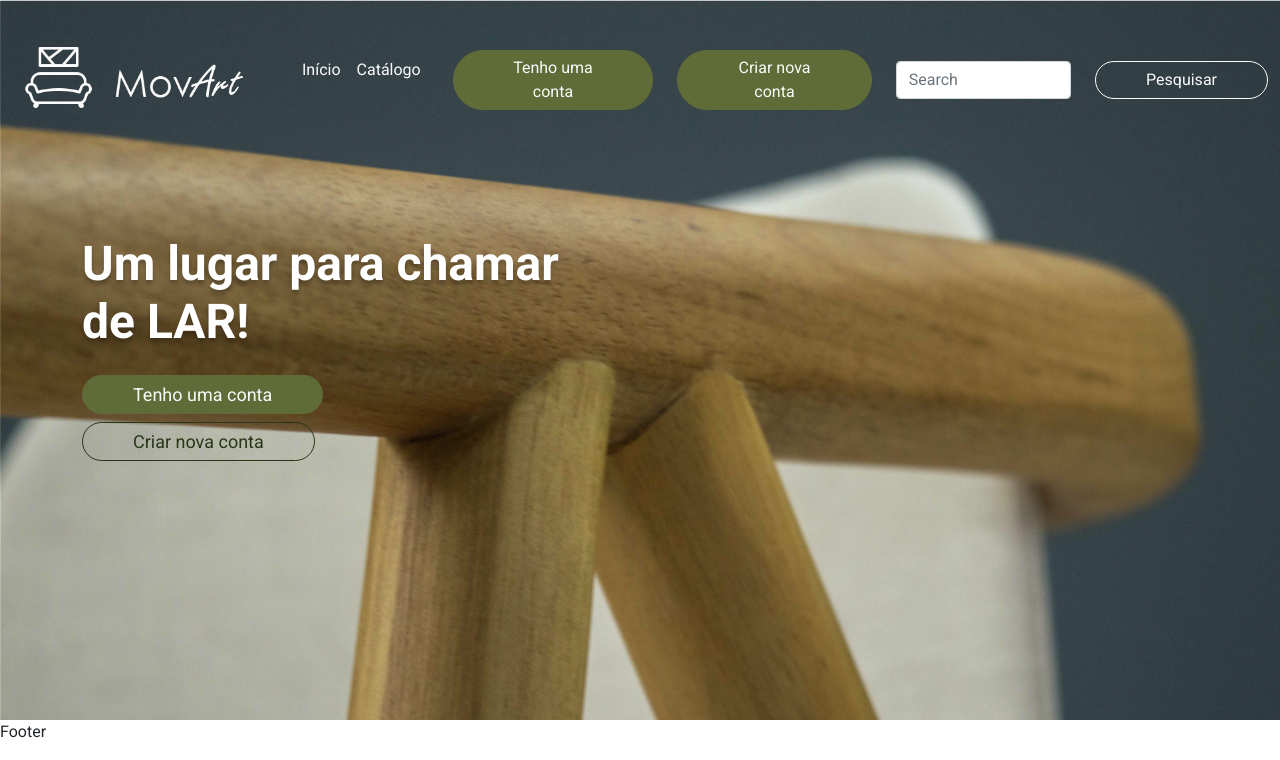
Repository: telesbp/Projeto-4-e-Projeto-5
Page: / (app in front-end/)
The author's editor kept a copy of each file at every save. The page is drawn from the files as they stood at one save, then again after the next save.
The browser window is 1280 px wide. The pictures show the whole page.
The project was rebuilt for these pictures with package versions that can differ from the ones it lists, and the page was loaded fresh each time.

Above is the page before, as saved 2022-07-17 19:32:06.

### front-end/public/index.html
<!DOCTYPE html>
<html lang="pt-BR">
  <head>
    <meta charset="utf-8" />
    <link rel="icon" href="%PUBLIC_URL%/favicon.ico" />
    <meta name="viewport" content="width=device-width, initial-scale=1" />
    <meta name="theme-color" content="#000000" />
    <meta
      name="description"
      content="Seu negócio automatizado!"
    />
    <link rel="apple-touch-icon" href="%PUBLIC_URL%/logo192.png" />
    <!--
      manifest.json provides metadata used when your web app is installed on a
      user's mobile device or desktop. See https://developers.google.com/web/fundamentals/web-app-manifest/
    -->
    <link rel="manifest" href="%PUBLIC_URL%/manifest.json" />
    <!--
      Notice the use of %PUBLIC_URL% in the tags above.
      It will be replaced with the URL of the `public` folder during the build.
      Only files inside the `public` folder can be referenced from the HTML.

      Unlike "/favicon.ico" or "favicon.ico", "%PUBLIC_URL%/favicon.ico" will
      work correctly both with client-side routing and a non-root public URL.
      Learn how to configure a non-root public URL by running `npm run build`.
    -->
    <title>Stagio</title>

    <link rel="preconnect" href="https://fonts.googleapis.com">
    <link rel="preconnect" href="https://fonts.gstatic.com" crossorigin>
    <link href="https://fonts.googleapis.com/css2?family=Roboto:wght@400;700&display=swap" rel="stylesheet">
  </head>
  <body>
    <noscript>You need to enable JavaScript to run this app.</noscript>
    <div id="root"></div>
    <!--
      This HTML file is a template.
      If you open it directly in the browser, you will see an empty page.

      You can add webfonts, meta tags, or analytics to this file.
      The build step will place the bundled scripts into the <body> tag.

      To begin the development, run `npm start` or `yarn start`.
      To create a production bundle, use `npm run build` or `yarn build`.
    -->
  </body>
</html>

### front-end/src/index.tsx
import React from 'react';
import ReactDOM from 'react-dom/client';
import App from './App';
import 'bootstrap/dist/css/bootstrap.min.css';
import { BrowserRouter } from 'react-router-dom';
import 'react-toastify/dist/ReactToastify.css';
import { ToastContainer } from 'react-toastify';
import { GlobalStyle } from './assets/css/global';

const root = ReactDOM.createRoot(
  document.getElementById('root') as HTMLElement
);
root.render(
  <React.StrictMode>
    <BrowserRouter>
    <GlobalStyle/>
      <App />
      <ToastContainer/>
    </BrowserRouter>
  </React.StrictMode>
);

### front-end/src/App.tsx
import { HomeView } from "./views/Home";

function App() {
  return (
    <HomeView/>
  );
}

export default App;

### front-end/src/assets/css/global.ts
import { createGlobalStyle } from "styled-components";

export const GlobalStyle = createGlobalStyle`
    body{
       font-family: 'Roboto', sans-serif;
    }
`

### front-end/src/views/Home/index.tsx
import { Container } from "react-bootstrap";
import styled from "styled-components";
import bgSite from "../../assets/img/cadeira1.png"
import { CustomButton } from "../../components/CustomButton";
import { Layout } from "../../components/Layout";

export function HomeView(){
    return(
        <Layout>
            <Banner className="vh-100">
                <Container className="h-100 d-flex flex-column justify-content-center align-items-center align-items-lg-start">
                    <Title className="text-center text-white text-lg-start mt-auto mt-lg-0 ">Um lugar para chamar de LAR!</Title>
                    <CustomButton size="lg" to="login" variant="primary" className="mt-auto mt-lg-3 mb-2">Tenho uma conta</CustomButton>
                    <CustomButton size="lg" to="cadastro" variant="outline-primary" className="mb-4">Criar nova conta</CustomButton>
                </Container>
            </Banner>
        </Layout>
    )
}

const Banner = styled.div`
    background: url(${bgSite}) no-repeat center center;
    background-size: cover;
`
const Title = styled.h1`
    font-size: 2.25rem;
    font-weight: bold;
    text-shadow: 0 4px 4px rgba(0, 0, 0, 0.25);
    @media (min-width: 992px){
        font-size: 3rem;
        max-width: 500px;
    }
`

### front-end/src/components/CustomButton/index.tsx
import { Button, ButtonProps, Spinner } from "react-bootstrap";
import { LinkContainer } from "react-router-bootstrap";
import styled from "styled-components";

type Props = ButtonProps & {
    loading?: boolean
    to?: string
}

export function CustomButton({children, loading, to, ...otherProps}: Props) {
    const button = (
        <ButtonStyled {...otherProps}>
            {loading && (
                <Spinner animation="border" role="status" size="sm" className="me-2">
                    <span className="visually-hidden">Carregando...</span>
                </Spinner>
            )}
            {children}
        </ButtonStyled>
    )
    if (to){
        return(
            <LinkContainer to={to}>
                {button}
            </LinkContainer>
        )
    }
    return button
}
const ButtonStyled = styled(Button)`
    border-radius: 50px;
    font-weight: 500;
    padding:5px 50px 5px 50px;
    ${props => props.size ==='lg' && `
        font-size: 1.125rem;
    `}
    ${props => (props.variant === "primary" || !props.variant) && `
        background-color: #606c38;
        border-color: #606c38;
        color: #fafafa!important;
        &:hover {
            background-color: #283618;
            border-color: #283618;
        }
    `}
    ${props => (props.variant === "outline-primary" || !props.variant) && `
        border-color: #283618;
        color: #283618;
        &:hover {
            background-color: #283618;
            border-color: #283618;
            color: #fafafa;
        }
    `}
    ${props => (props.variant === "outline-secundary" || !props.variant) && `
        border-color: #fafafa;
        color: #fafafa;
        &:hover {
            background-color: #283618;
            border-color: #283618;
            color: #fafafa;
        }
    `}
`

### front-end/src/components/Layout/index.tsx
import { Header } from "./Header"

type Props = {
    children: React.ReactNode
}
export const Layout: React.FC<Props> = ({children}) => {
    return (
        <>
            <Header/>
            {children}
            <p>Footer</p>
        </>
    )
}

### front-end/src/components/Layout/Header.tsx
import { faBarsStaggered } from "@fortawesome/free-solid-svg-icons";
import { FontAwesomeIcon } from "@fortawesome/react-fontawesome";
import { useEffect, useState } from "react";
import { Container, Form, Nav, Navbar } from "react-bootstrap";
import { Link } from "react-router-dom";
import styled from "styled-components";
import LogoBrand from "../../assets/img/logobranca.png"
import LogoBrandBlack from "../../assets/img/logopreta.png"
import { CustomButton } from "../CustomButton";

export function Header() {
    const [isTransparent, setIsTransparent] = useState(false)
    useEffect(() => {
        const scrollChange = () => {
            const isLowScroll = window.screenY < 60
            if (isLowScroll !== isTransparent){
            setIsTransparent(isLowScroll)
        }
        }
        window.addEventListener("scroll", scrollChange)
        return () => {
            window.removeEventListener("scroll", scrollChange)
        }
    },[isTransparent])
    return(
        <Navbar fixed="top" expand="lg" bg={isTransparent ? undefined : "white"} >
        <Container fluid>
          <Navbar.Brand to="/" as={Link}>
            <ImageStyle src={isTransparent ? LogoBrand : LogoBrandBlack} alt="MovArt" width={170} height={80}/>
          </Navbar.Brand>
          <NavBarToggleStyled aria-controls="basic-navbar-nav">
            <FontAwesomeIcon icon={faBarsStaggered}  className={isTransparent ? "text-white" : "text-dark"} size="lg" />
            </NavBarToggleStyled>
        <NavBarCollapseStyled id="basic-navbar-nav">
          <Nav className="ms-auto">
            <NavLinkStyled forwardedAs={Link} to="/" className="justify-contend-center text-center">Início</NavLinkStyled>
            <NavLinkStyled forwardedAs={Link} to="/catálogo" className="justify-contend-center text-center">Catálogo</NavLinkStyled>
            <CustomButton className="mt-2 mt-lg-0 ms-lg-4" variant="primary">Tenho uma conta</CustomButton>
            <CustomButton className="mt-2 mt-lg-0 ms-lg-4" variant="primary">Criar nova conta</CustomButton>
        </Nav>
            <Form className="d-flex">
              <Form.Control
                type="search"
                placeholder="Search"
                className="mt-2 mt-lg-0 ms-lg-4"
                aria-label="Search"
              />
              <CustomButton variant={isTransparent ? "outline-secundary" : "outline-primary" } className="mt-2 mt-lg-0 ms-lg-4">Pesquisar</CustomButton>
            </Form>
          </NavBarCollapseStyled>
        </Container>
      </Navbar>
    )
}
const NavBarToggleStyled = styled(Navbar.Toggle)`
    border:none;
`

const NavBarCollapseStyled = styled(Navbar.Collapse)`
   @media (max-width: 991px) {
   background-color:#fafafa ;
    margin: 0 -12px;
    padding: 1rem 2rem;
}
`
const NavLinkStyled = styled(Nav.Link)`
    @media (min-width: 992px){
        color: #fafafa!important;
    }

`
const ImageStyle = styled.img`
    @media (min-width: 992px){
       width: 266px ;
       height: auto;
    }
`

After the next save:
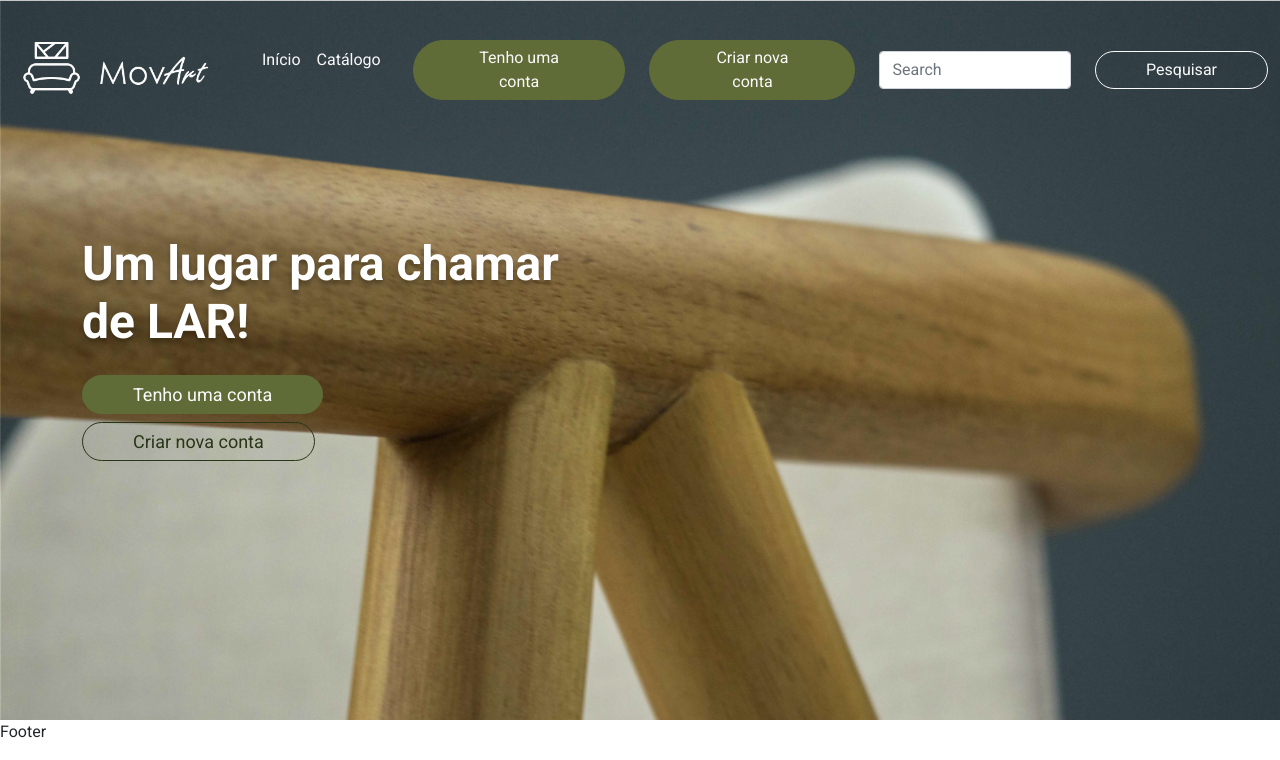
Saved 29 s later.
--- a/front-end/src/components/Layout/Header.tsx
+++ b/front-end/src/components/Layout/Header.tsx
@@ -71,7 +71,7 @@ const NavLinkStyled = styled(Nav.Link)`
 `
 const ImageStyle = styled.img`
     @media (min-width: 992px){
-       width: 266px ;
+       width: 226px ;
        height: auto;
     }
 `
